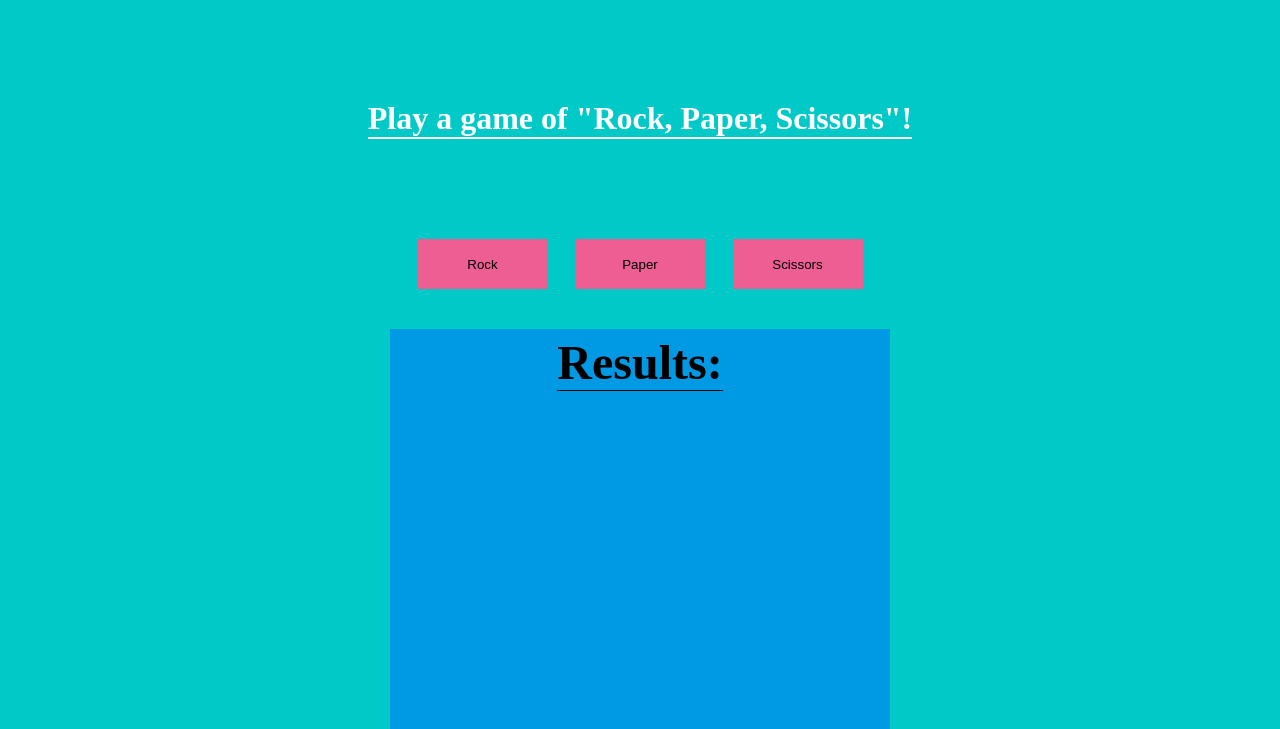
Repository: Pafestivo/rock-paper-scissors
Page: index.html
The author's editor kept a copy of each file at every save. The page is drawn from the files as they stood at one save, then again after the next save.
The browser window is 1280 px wide. The pictures show the whole page.

Above is the page before, as saved 2022-10-14 14:41:00.

After the next save:
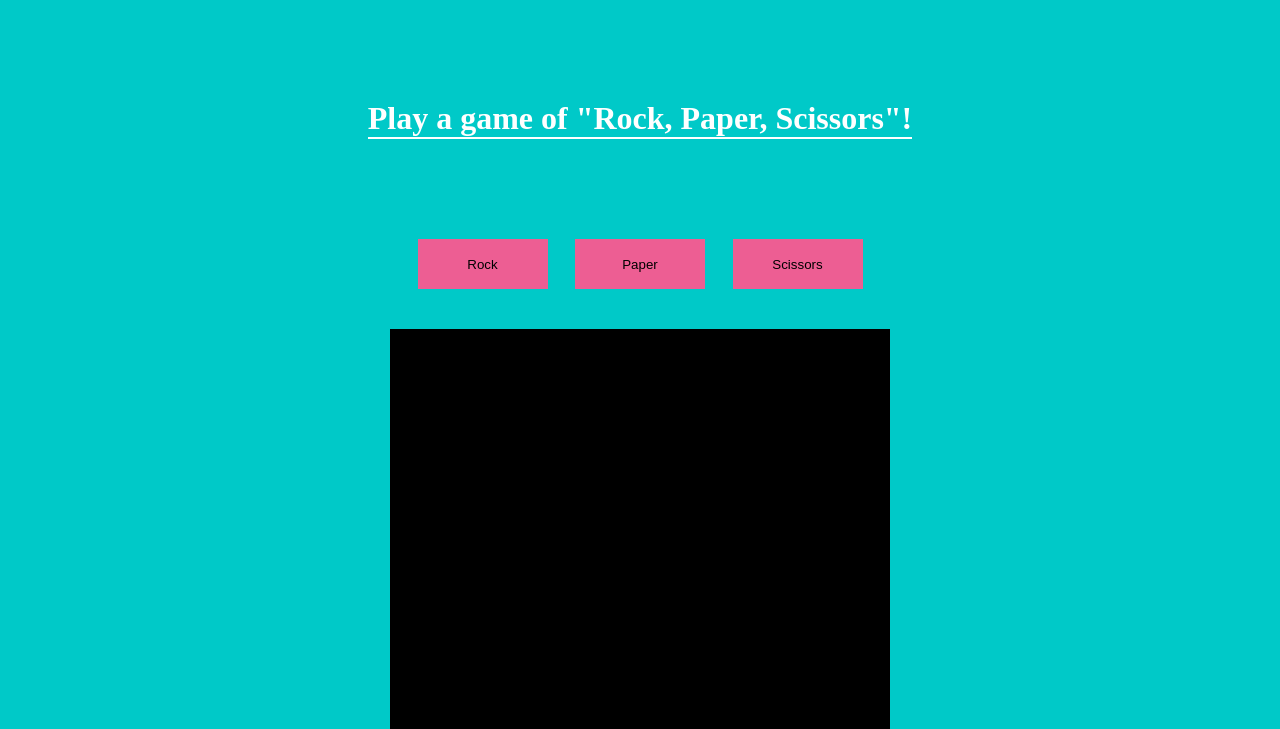
Saved 4 s later.
--- a/styles.css
+++ b/styles.css
@@ -35,7 +35,7 @@ button {
   width: 500px;
   height: 400px;
   padding: 1px;
-  background-color: #0099E4;
+  background-color: black;
 }
 
 #results-header {
